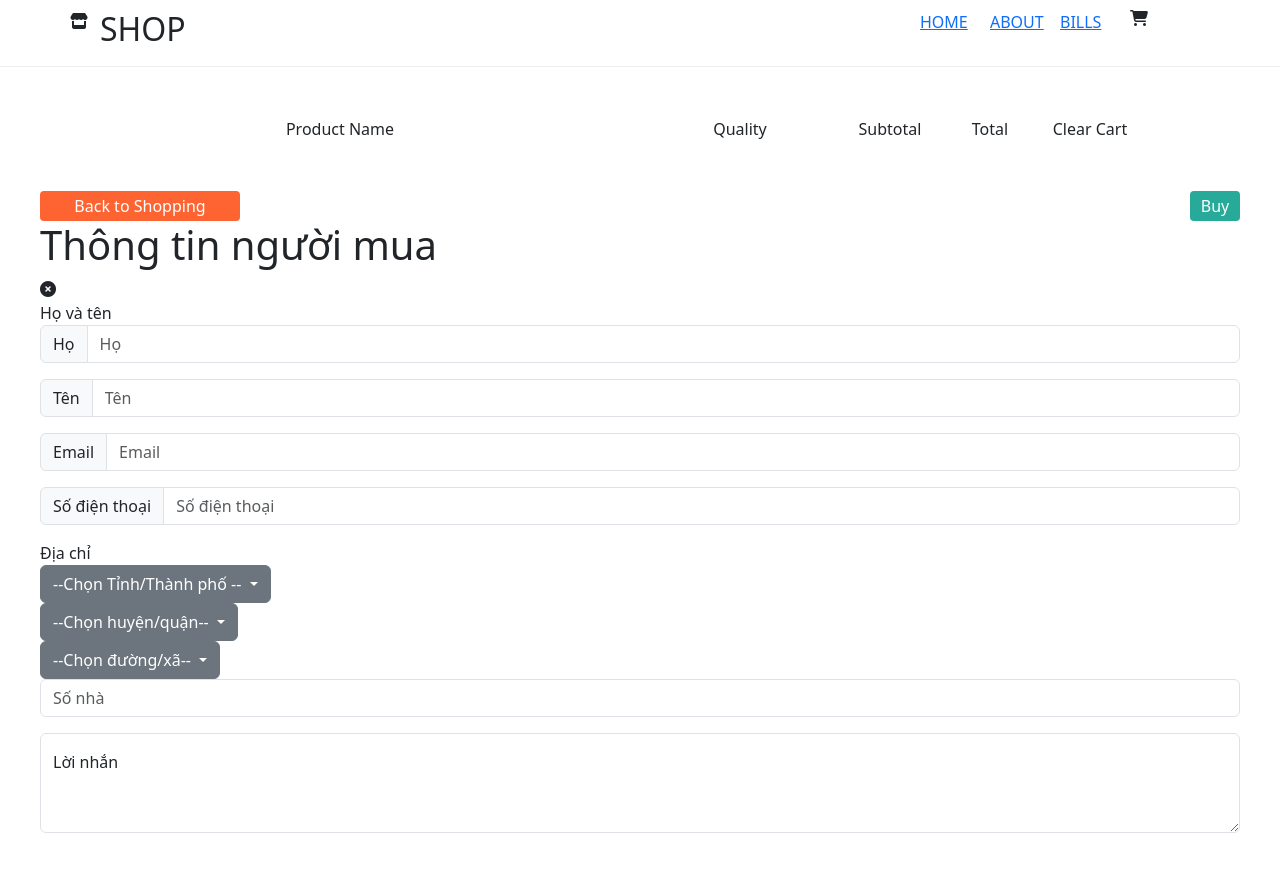
Repository: nguyenhaidang212/danh-sach-ban-hang
Page: index.html
An editor plug-in stored every save of this project. The page is shown before and after the next save, followed by the edit.
The browser window is 1280 px wide. The pictures show the whole page.
Some web libraries are served in a nearby version.

Above is the page before, as saved 2023-02-10 14:44:06.

After the next save:
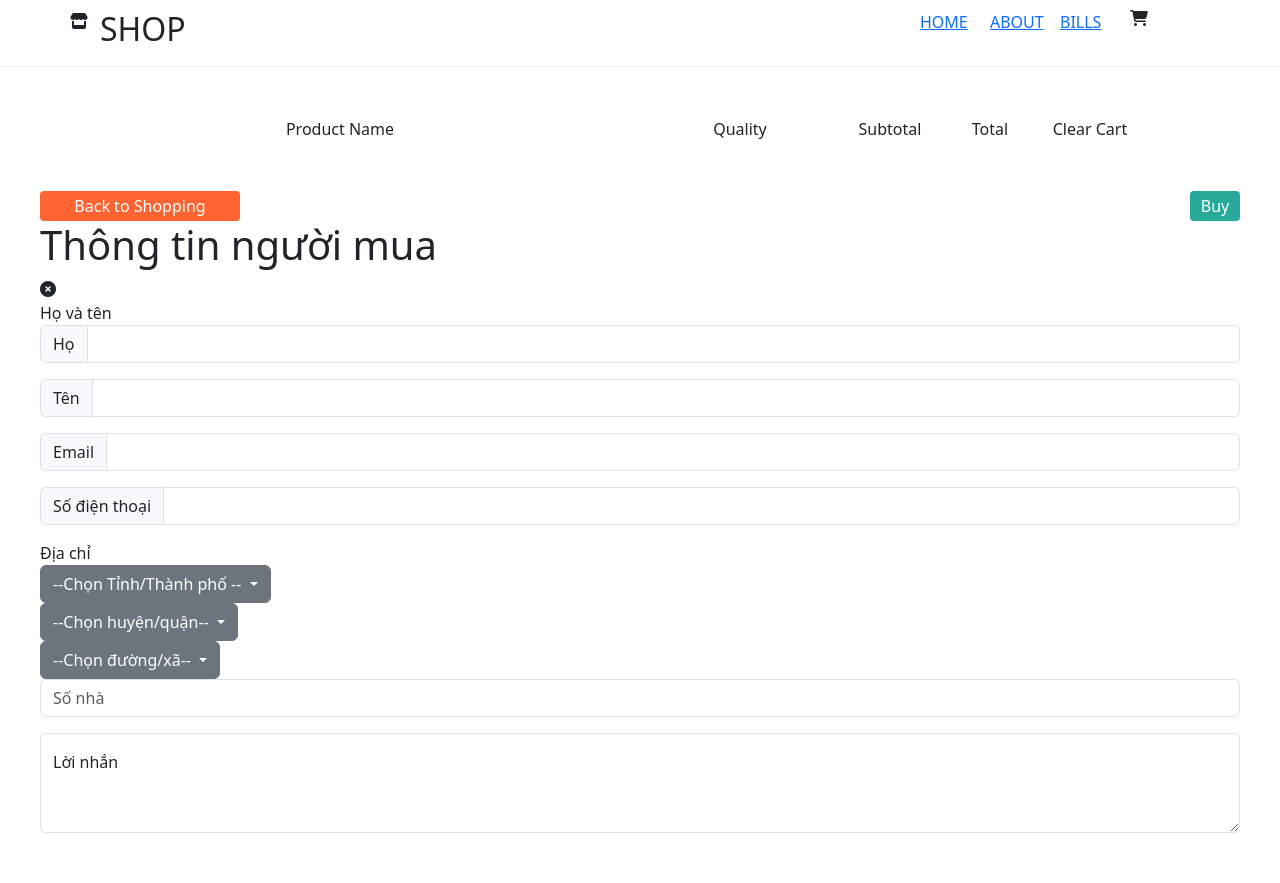
Saved 14 s later.
--- a/index.html
+++ b/index.html
@@ -79,7 +79,6 @@
               <input
                 type="text"
                 class="form-control"
-                placeholder="Họ"
                 aria-label="Username"
                 aria-describedby="basic-addon1"
               />
@@ -89,7 +88,6 @@
               <input
                 type="text"
                 class="form-control"
-                placeholder="Tên"
                 aria-label="Username"
                 aria-describedby="basic-addon1"
               />
@@ -99,7 +97,6 @@
               <input
                 type="text"
                 class="form-control"
-                placeholder="Email"
                 aria-label="Username"
                 aria-describedby="basic-addon1"
               />
@@ -111,7 +108,6 @@
               <input
                 type="text"
                 class="form-control"
-                placeholder="Số điện thoại"
                 aria-label="Username"
                 aria-describedby="basic-addon1"
               />
